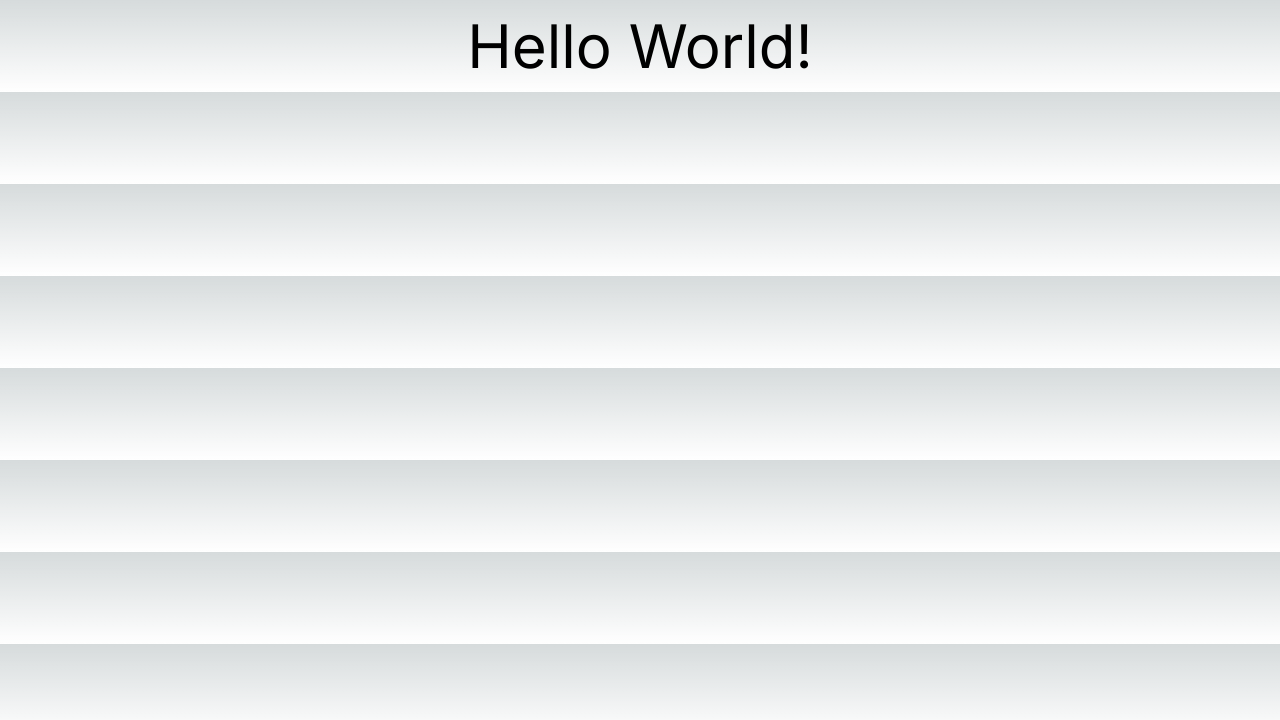
Repository: punitbathija/financemaster
Page: /
An editor plug-in stored every save of this project. The page is shown before and after the next save, followed by the edit.
The browser window is 1280 px wide. The pictures show the whole page.
The project was rebuilt for these pictures with package versions that can differ from the ones it lists, and the page was loaded fresh each time. The framework's server and built-in components were replaced by stand-ins that run in the browser. Also part of the build but not shown: next.config.js.

Above is the page before, as saved 2023-06-08 12:42:35.

### src/app/page.js
import React from "react";

const page = () => {
  return <div className="text-6xl text-center p-4">Hello World!</div>;
};

export default page;

Loaded but not shown: src/app/layout.js (common file); src/app/globals.css (common file); tailwind.config.js (common file)

After the next save:
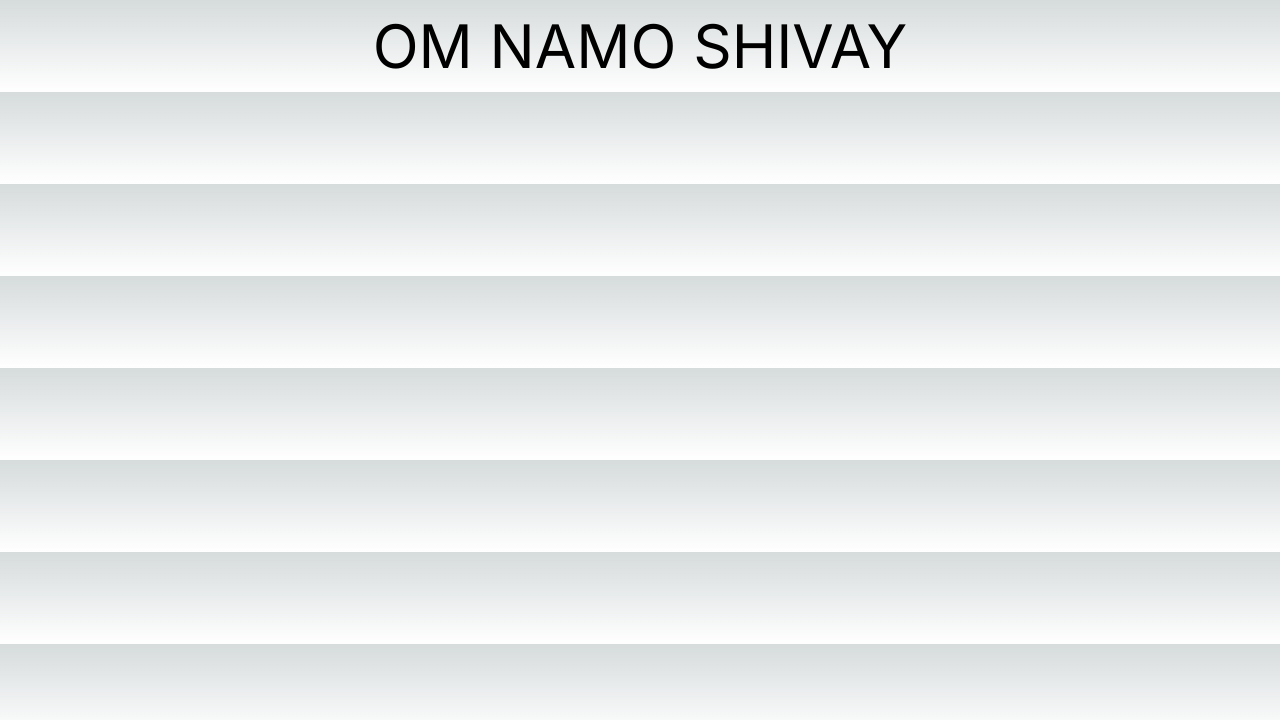
Saved 2 days later.
--- a/src/app/page.js
+++ b/src/app/page.js
@@ -1,7 +1,7 @@
 import React from "react";
 
 const page = () => {
-  return <div className="text-6xl text-center p-4">Hello World!</div>;
+  return <div className="text-6xl text-center p-4">OM NAMO SHIVAY</div>;
 };
 
 export default page;
